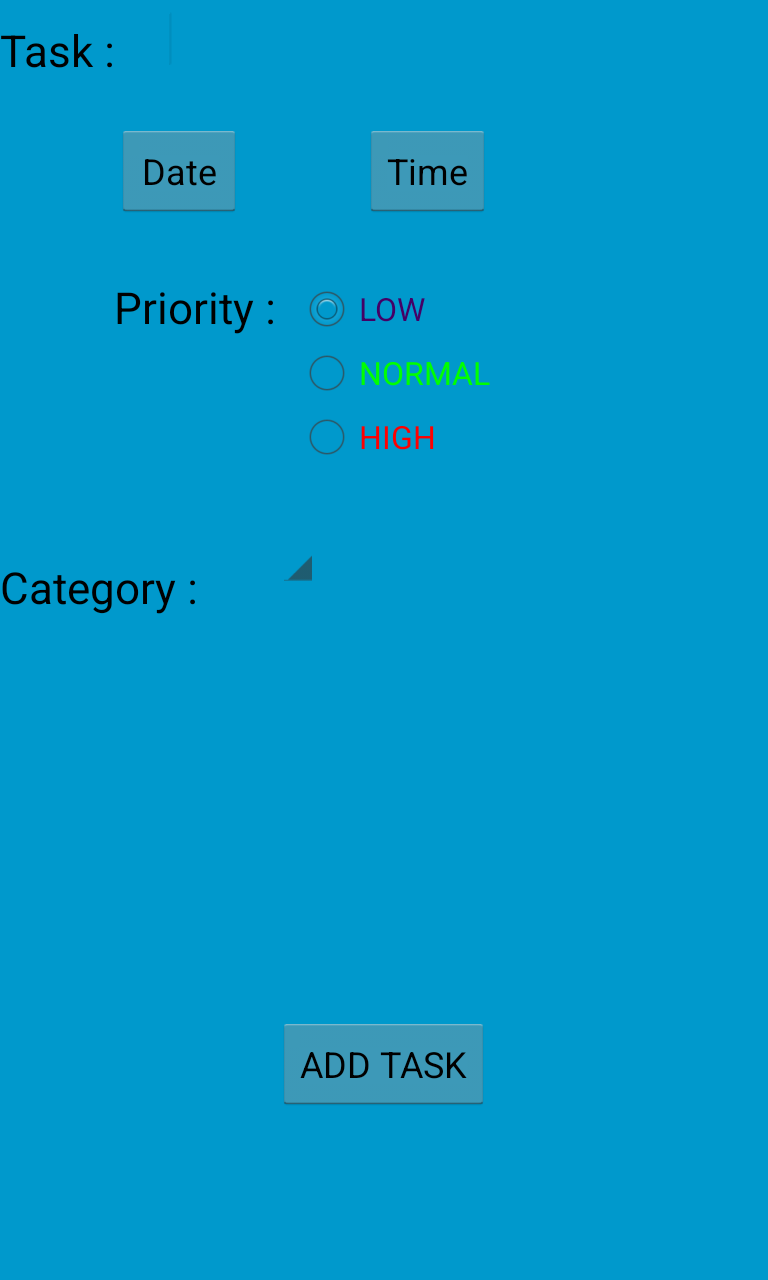
Repository: satyadarls/ToDo
Layout: ToDo/res/layout/customdialog_layout.xml
These files come from the project's save history. The layout is drawn as it stood at one moment and after the next save; the edit follows.
It is drawn on a 768 x 1280 px phone screen (xhdpi) without system bars, with theme AppTheme; the app's code is not run.

Above is the layout before, as saved 2014-07-07 17:20:57.

After the next save:
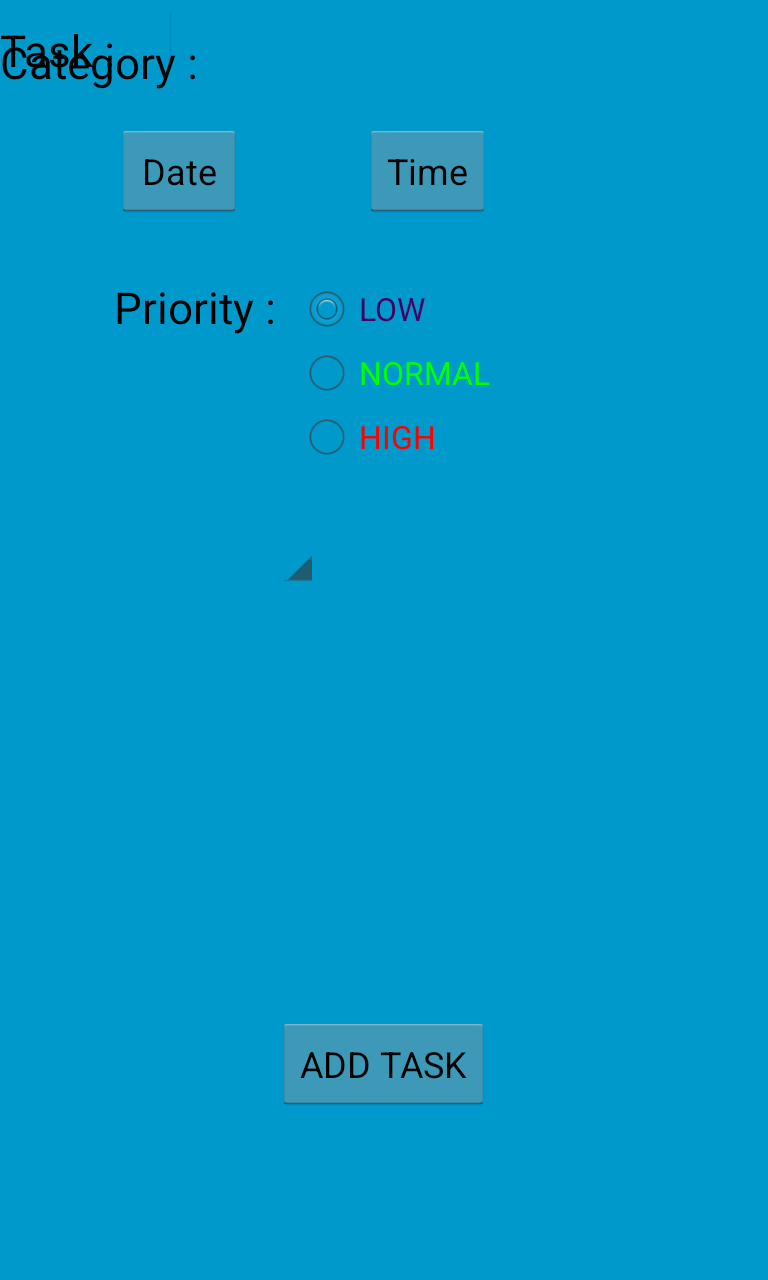
Saved 42 s later.
--- a/ToDo/res/layout/customdialog_layout.xml
+++ b/ToDo/res/layout/customdialog_layout.xml
@@ -95,7 +95,7 @@
         android1:text="ADD TASK" />
 
     <Spinner
-        android1:id="@+id/spinner1"
+        android1:id="@+id/categoryspinner"
         android1:layout_width="wrap_content"
         android1:layout_height="wrap_content"
         android1:layout_alignLeft="@+id/dialogButton"

After the save that followed:
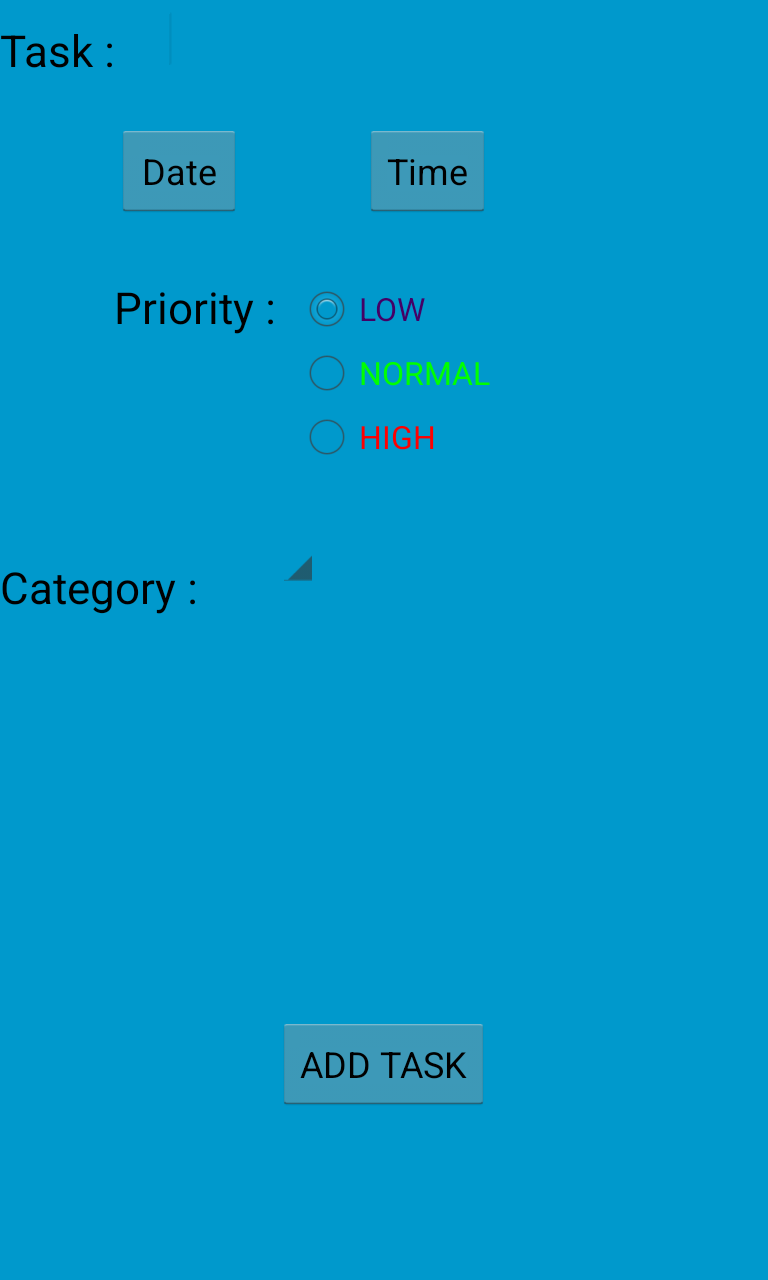
Saved 16 s later.
--- a/ToDo/res/layout/customdialog_layout.xml
+++ b/ToDo/res/layout/customdialog_layout.xml
@@ -95,7 +95,7 @@
         android1:text="ADD TASK" />
 
     <Spinner
-        android1:id="@+id/categoryspinner"
+        android1:id="@+id/spinner1"
         android1:layout_width="wrap_content"
         android1:layout_height="wrap_content"
         android1:layout_alignLeft="@+id/dialogButton"
